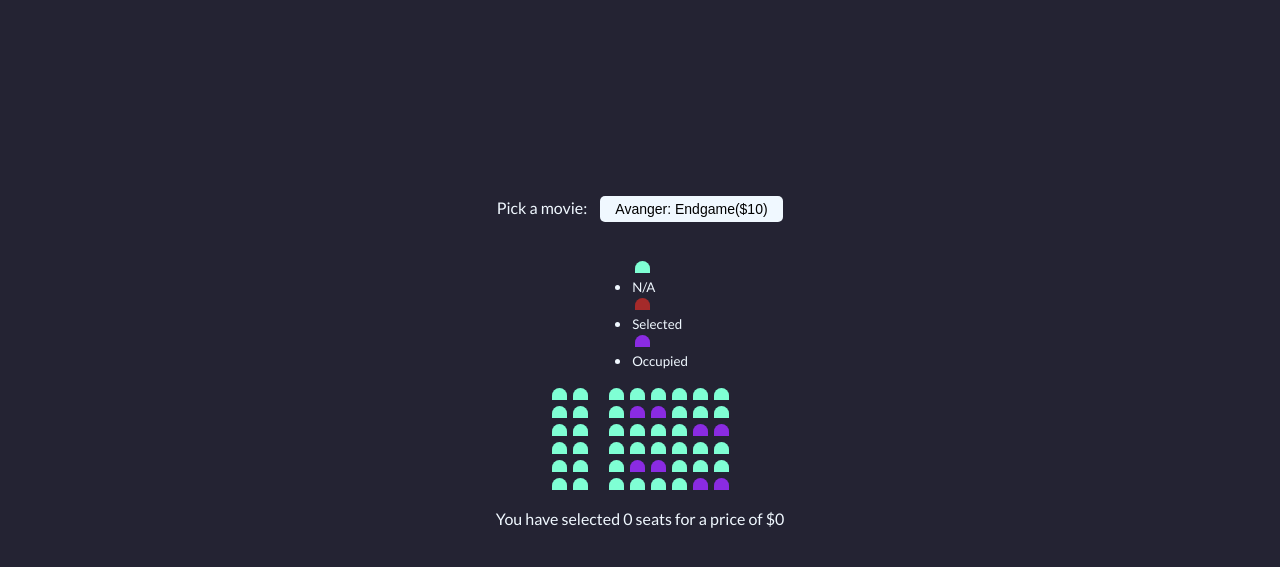
Repository: atko87/Movie-seat-Booking
Page: index.html
An editor plug-in stored every save of this project. The page is shown before and after the next save, followed by the edit.
The browser window is 1280 px wide. The pictures show the whole page.

Above is the page before, as saved 2020-03-08 13:58:57.

### index.html
<!DOCTYPE html>
<html lang="en">
  <head>
    <meta charset="UTF-8" />
    <meta name="viewport" content="width=device-width, initial-scale=1.0" />
    <link rel="stylesheet" href="style.css" />
    <title>Movie Seat Booking</title>
  </head>
  <body>
    <div class="movie-container">
      <label>Pick a movie:</label>
      <select id="movie">
        <option value="10">Avanger: Endgame($10)</option>
        <option value="12">Joker ($12)</option>
        <option value="8">Neretva($15)</option>
        <option value="9">Delfina ($20)</option>
      </select>
    </div>

    <ul class="showcase">
      <li>
        <div class="seat"></div>
        <small>N/A</small>
      </li>
      <li>
        <div class="seat selected"></div>
        <small>Selected</small>
      </li>
      <li>
        <div class="seat occupied"></div>
        <small>Occupied</small>
      </li>
    </ul>

    <div class="container">
      <div class="screen"></div>
      <div class="row">
        <div class="seat"></div>
        <div class="seat"></div>
        <div class="seat"></div>
        <div class="seat"></div>
        <div class="seat"></div>
        <div class="seat"></div>
        <div class="seat"></div>
        <div class="seat"></div>
      </div>
      <div class="row">
        <div class="seat"></div>
        <div class="seat"></div>
        <div class="seat"></div>
        <div class="seat occupied"></div>
        <div class="seat occupied"></div>
        <div class="seat"></div>
        <div class="seat"></div>
        <div class="seat"></div>
      </div>
      <div class="row">
        <div class="seat"></div>
        <div class="seat"></div>
        <div class="seat"></div>
        <div class="seat"></div>
        <div class="seat"></div>
        <div class="seat"></div>
        <div class="seat occupied"></div>
        <div class="seat occupied"></div>
      </div>
      <div class="row">
        <div class="seat"></div>
        <div class="seat"></div>
        <div class="seat"></div>
        <div class="seat"></div>
        <div class="seat"></div>
        <div class="seat"></div>
        <div class="seat"></div>
        <div class="seat"></div>
      </div>
      <div class="row">
        <div class="seat"></div>
        <div class="seat"></div>
        <div class="seat"></div>
        <div class="seat occupied"></div>
        <div class="seat occupied"></div>
        <div class="seat"></div>
        <div class="seat"></div>
        <div class="seat"></div>
      </div>
      <div class="row">
        <div class="seat"></div>
        <div class="seat"></div>
        <div class="seat"></div>
        <div class="seat"></div>
        <div class="seat"></div>
        <div class="seat"></div>
        <div class="seat occupied"></div>
        <div class="seat occupied"></div>
      </div>
    </div>
    <p class="text">
      You have selected <span id="count">0 </span>seats for a price of $<span
        id="total"
        >0</span
      >
    </p>
    <script src="script.js"></script>
  </body>
</html>

### style.css
@import url("https://fonts.googleapis.com/css?family=Lato&display=swap");

* {
  box-sizing: border-box;
}

body {
  background-color: #242333;
  color: aliceblue;
  display: flex;
  flex-direction: column;
  align-items: center;
  justify-content: center;
  height: 100vh;
  font-family: "Lato", sans-serif;
  margin: 0;
}

.movie-container {
  margin: 20px 0;
}

.movie-container select {
  background-color: aliceblue;
  border: 0;
  border-radius: 5px;
  font-size: 14px;
  margin-left: 10px;
  padding: 5px 15px 5px 15px;
  -moz-appearance: none;
  -webkit-appearance: none;
  appearance: none;
}
.seat {
  background-color: aquamarine;
  height: 12px;
  width: 15px;
  margin: 3px;
  border-top-left-radius: 10px;
  border-top-right-radius: 10px;
}
.seat.selected {
  background-color: brown;
}
.seat.occupied {
  background-color: blueviolet;
}
.seat:nth-of-type(2) {
  margin-right: 18px;
}
.row {
  display: flex;
}

Loaded but not shown: script.js (no copy from this time; the picture is the same without it)

After the next save:
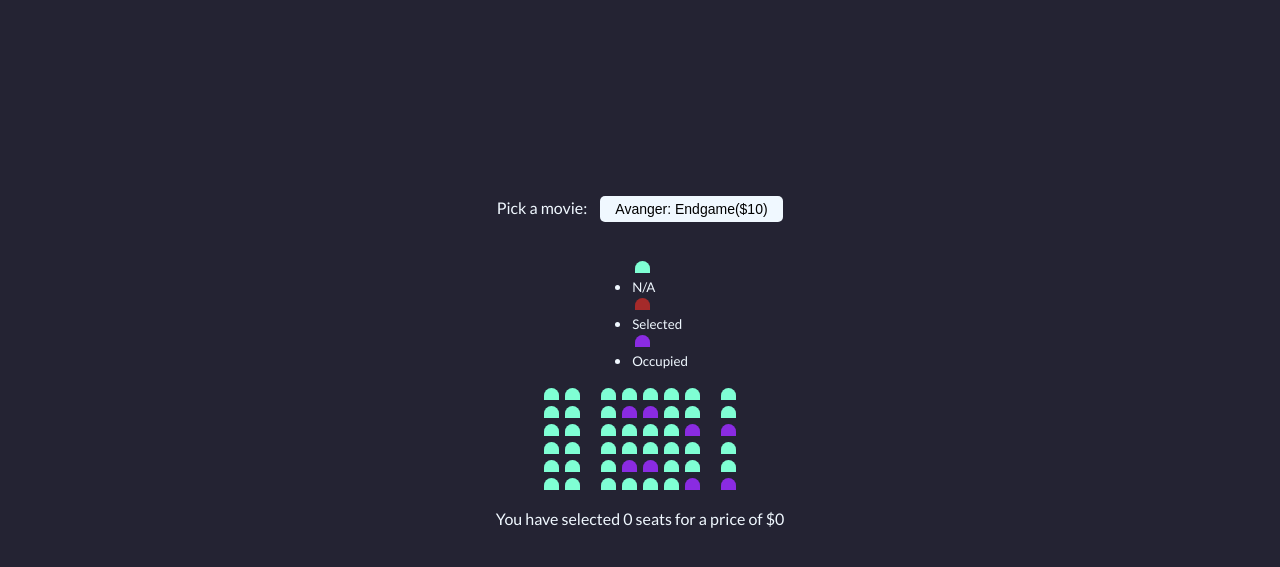
Saved 46 s later.
--- a/style.css
+++ b/style.css
@@ -48,6 +48,9 @@
 .seat:nth-of-type(2) {
   margin-right: 18px;
 }
+.seat:nth-last-of-type(2) {
+  margin-right: 18px;
+}
 .row {
   display: flex;
 }
